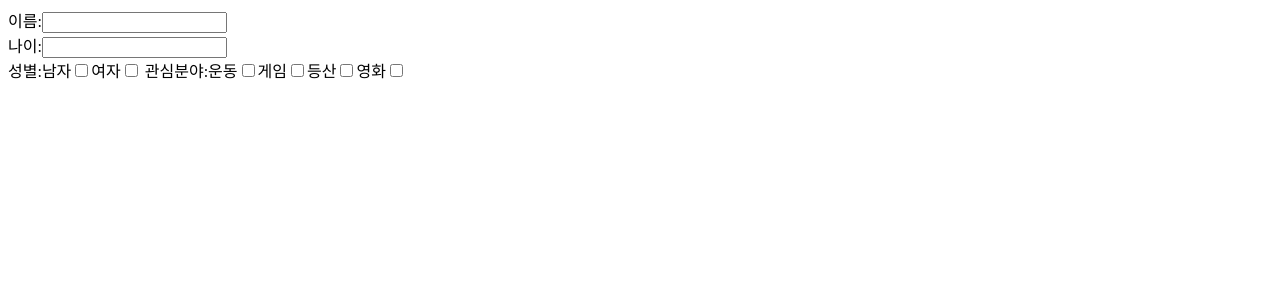
Repository: yubeens/JSP
Page: http://localhost/JSP_Project/exam/formInput.jsp
An editor plug-in stored every save of this project. The page is shown before and after the next save, followed by the edit.
The browser window is 1280 px wide. The pictures show the whole page.
The page is served by Tomcat 9.

Above is the page before, as saved 2025-02-27 04:59:02.

After the next save:
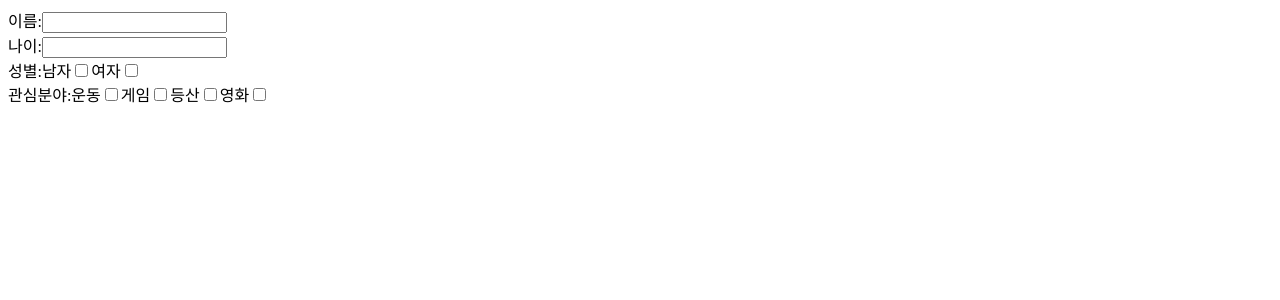
Saved 17 s later.
--- a/JSP_Project/src/main/webapp/exam/formInput.jsp
+++ b/JSP_Project/src/main/webapp/exam/formInput.jsp
@@ -10,7 +10,7 @@
 <form>
 이름:<input type="text" name="name"><br>
 나이:<input type="number" name="age"><br>
-성별:남자<input type="checkbox" name="gender">여자<input type="checkbox" name="gender">
+성별:남자<input type="checkbox" name="gender">여자<input type="checkbox" name="gender"><br>
 관심분야:운동<input type="checkbox" name="hobby">게임<input type="checkbox" name="hobby">등산<input type="checkbox" name="hobby">영화<input type="checkbox" name="hobby">
 </form>
 
